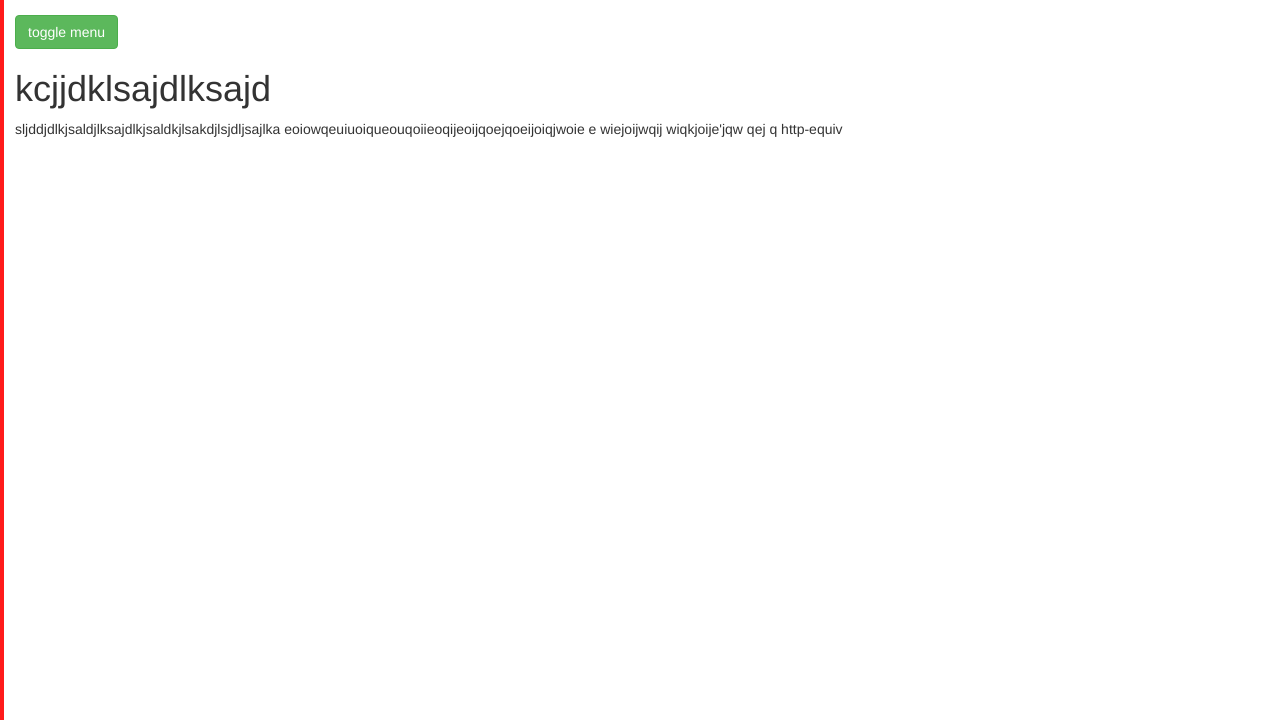
Repository: Juliolikescoding/WEB1010_bootstrap
Page: sidebartemp.html
These files come from the project's save history. The page is drawn as it stood at one moment and after a run of saves; the edit follows.
The browser window is 1280 px wide. The pictures show the whole page.
Some web libraries are served in a nearby version.

Above is the page before, as saved 2018-05-14 19:05:52.

After the next 3 saves:
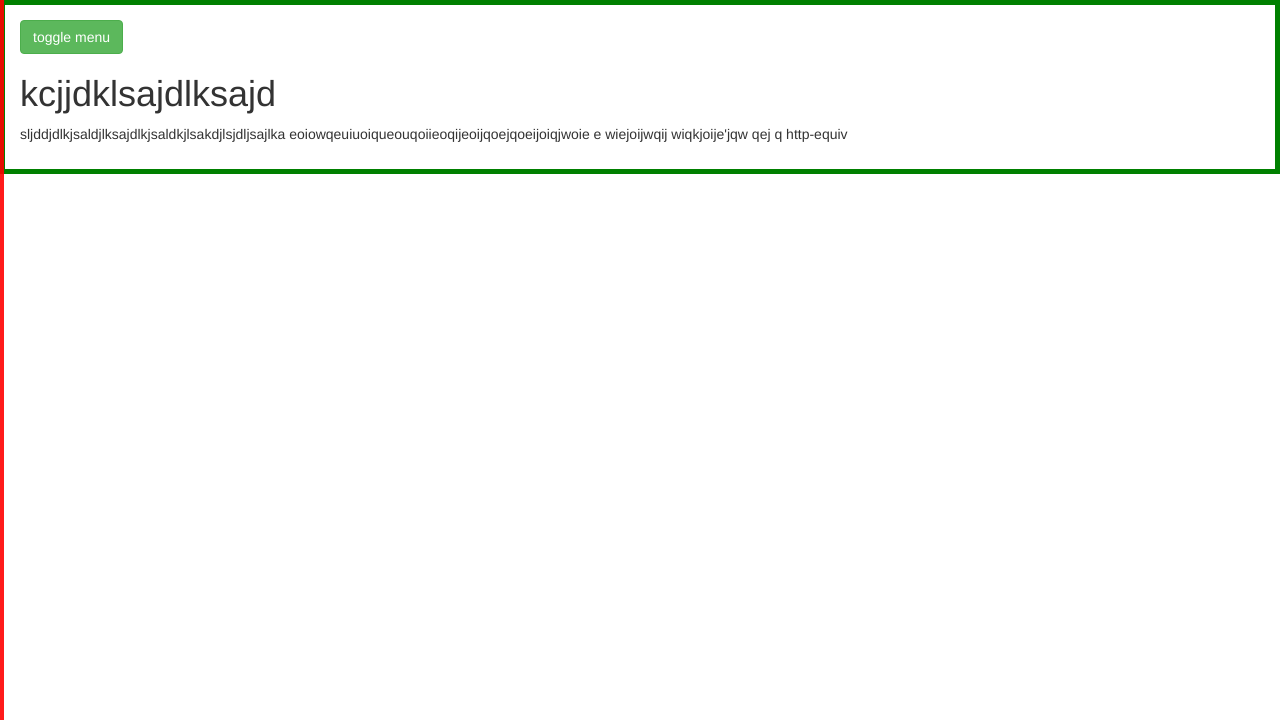
The 3 saves are shown as one change because they came seconds apart.
The last was saved 11 s later.
--- a/sidebar.css
+++ b/sidebar.css
@@ -15,5 +15,5 @@
     width: 100%;
     position: absolute;
     padding: 15px;
-    border:
+    border: 5px solid green;
 }
